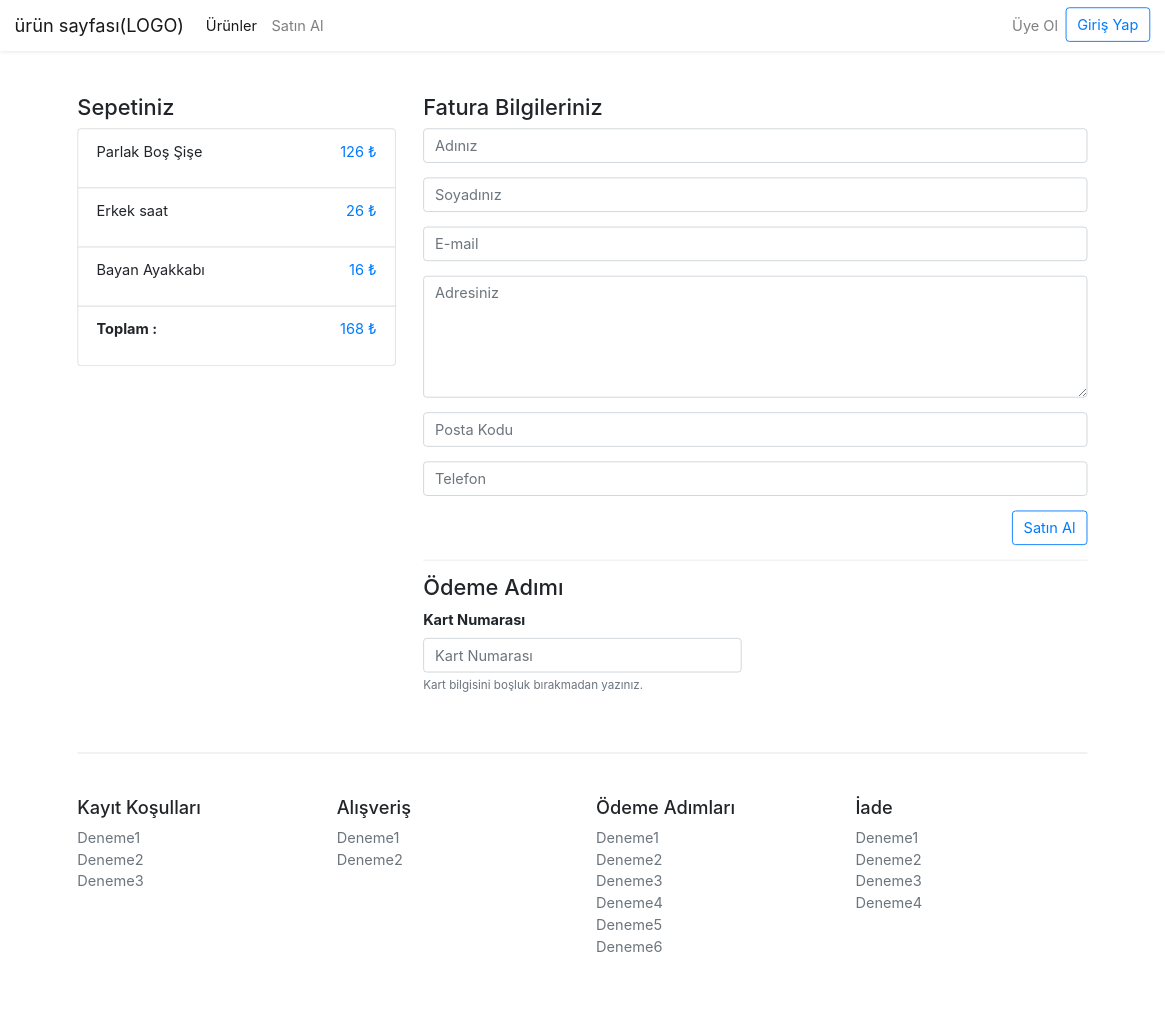
Repository: NergisAktug/E-Commerce-PythonWithFlask-Sqlite3
Page: templates/ödeme.html
The author's editor kept a copy of each file at every save. The page is drawn from the files as they stood at one save, then again after the next save.
The browser window is 1280 px wide. The pictures show the whole page, at 91% of full size.

Above is the page before, as saved 2018-11-24 00:56:00.

After the next save:
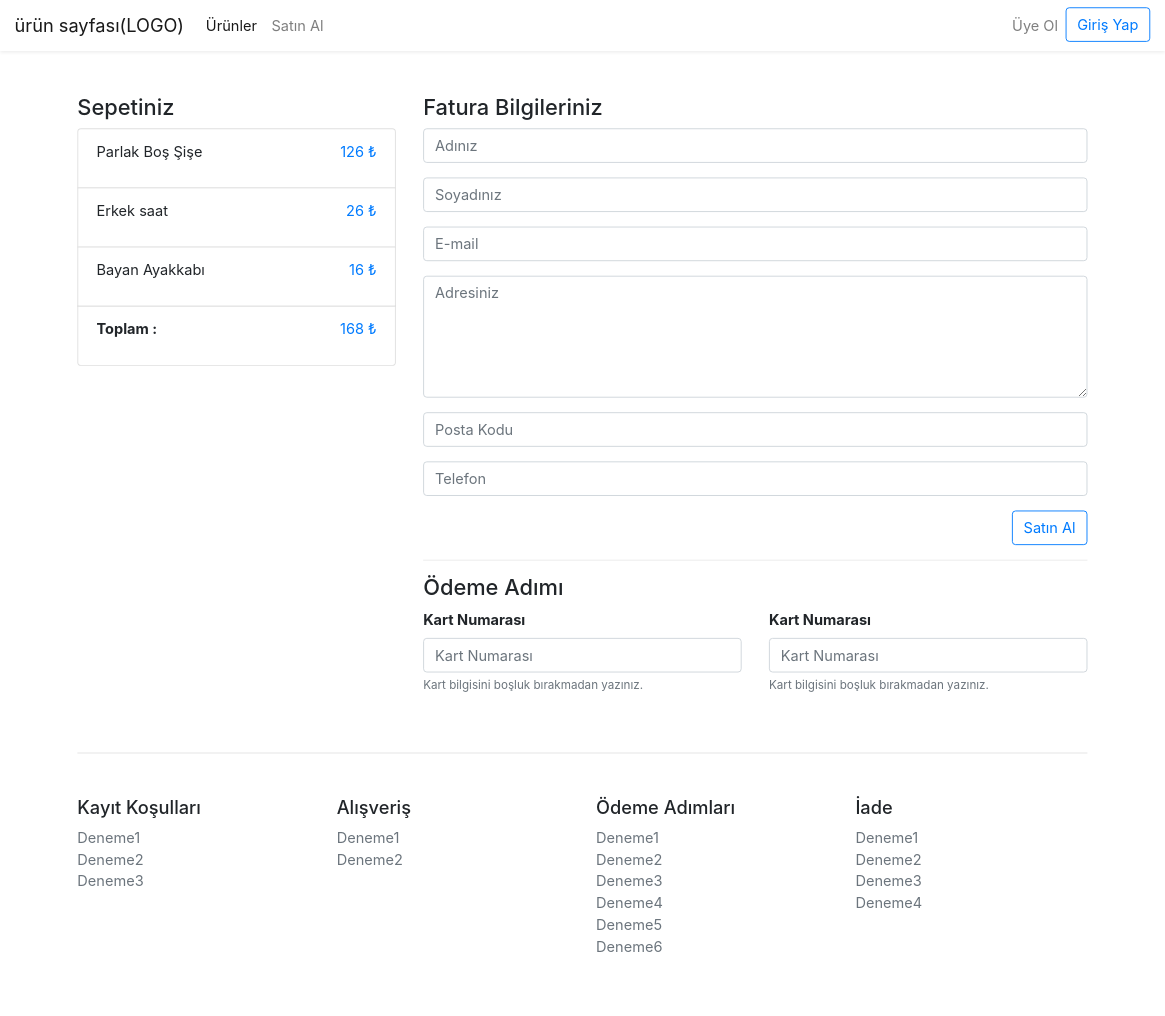
Saved 2 min 0 s later.
--- a/templates/ödeme.html
+++ b/templates/ödeme.html
@@ -95,7 +95,13 @@
                         <small class="text-muted">Kart bilgisini boşluk bırakmadan yazınız.</small>
                         </div>
                     </div>
-                    <div class="col-md-6"></div>
+                <div class="col-md-6">
+                     <div class="form-group">
+                        <label> <b>Kart Numarası</b> </label>
+                        <input type="text" class="form-control" placeholder="Kart Numarası" minlength="16" required>
+                        <small class="text-muted">Kart bilgisini boşluk bırakmadan yazınız.</small>
+                  </div>
+                    </div>
                    </div>
                </form>
         </div>
